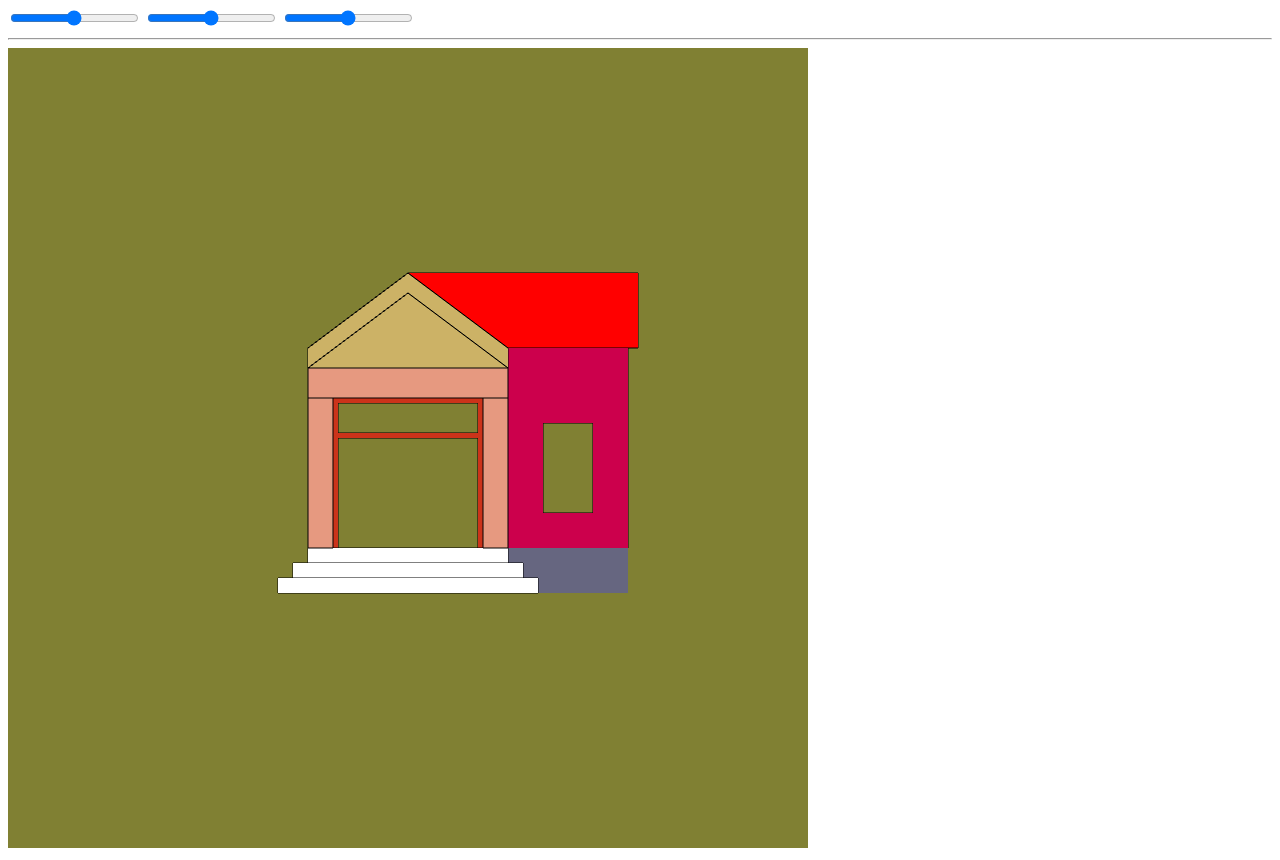
Repository: JoinGame-A36664/Build-House-WebGL
Page: index.html
An editor plug-in stored every save of this project. The page is shown before and after the next save, followed by the edit.
The browser window is 1280 px wide. The pictures show the whole page.

Above is the page before, as saved 2021-10-24 23:43:05.
Console error: ReferenceError: program is not defined

After the next save:
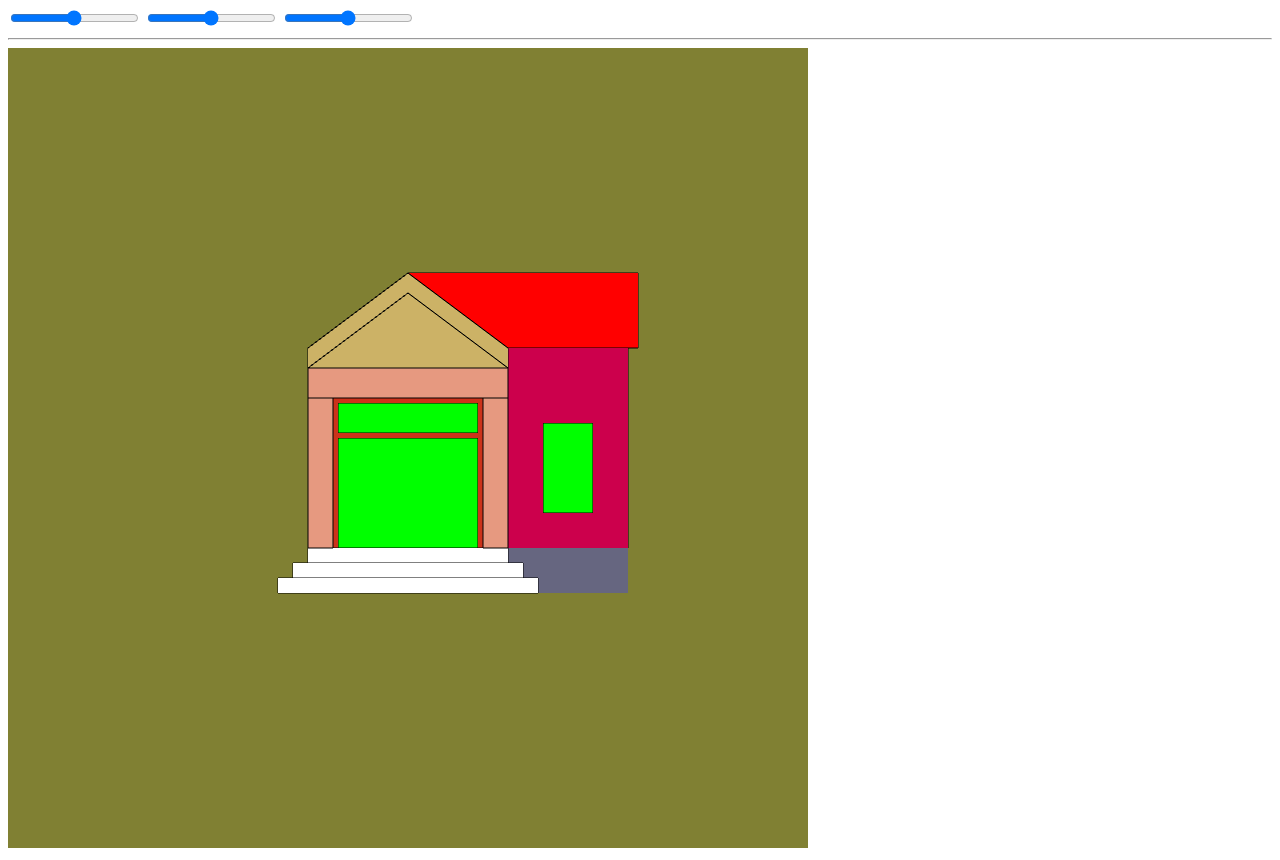
Saved 5 s later.
--- a/Bietthu1.js
+++ b/Bietthu1.js
@@ -216,10 +216,10 @@ function buildHouse(program, vertices, vertexColors) // Truyền vào những g
                     wall(program, vertices[47], vertices[52], vertices[53], vertices[48], vertexColors[5]);
                     wall(program, vertices[42], vertices[43], vertices[45], vertices[53], vertexColors[5]);
 
-                    // wall(program, vertices[45], vertices[51], vertices[55], vertices[45], vertexColors[4]);
-                    // wall(program, vertices[50], vertices[51], vertices[45], vertices[44], vertexColors[4]);
-
-                    // wall(program, vertices[28], vertices[29], vertices[50], vertices[51], vertexColors[3]);
+                    wall(program, vertices[45], vertices[51], vertices[55], vertices[45], vertexColors[4]);
+                    wall(program, vertices[50], vertices[51], vertices[45], vertices[44], vertexColors[4]);
+
+                    wall(program, vertices[28], vertices[29], vertices[50], vertices[51], vertexColors[3]);
 
 
                     wall(program, vertices[11], vertices[54], vertices[43], vertices[13], vertexColors[1]);
